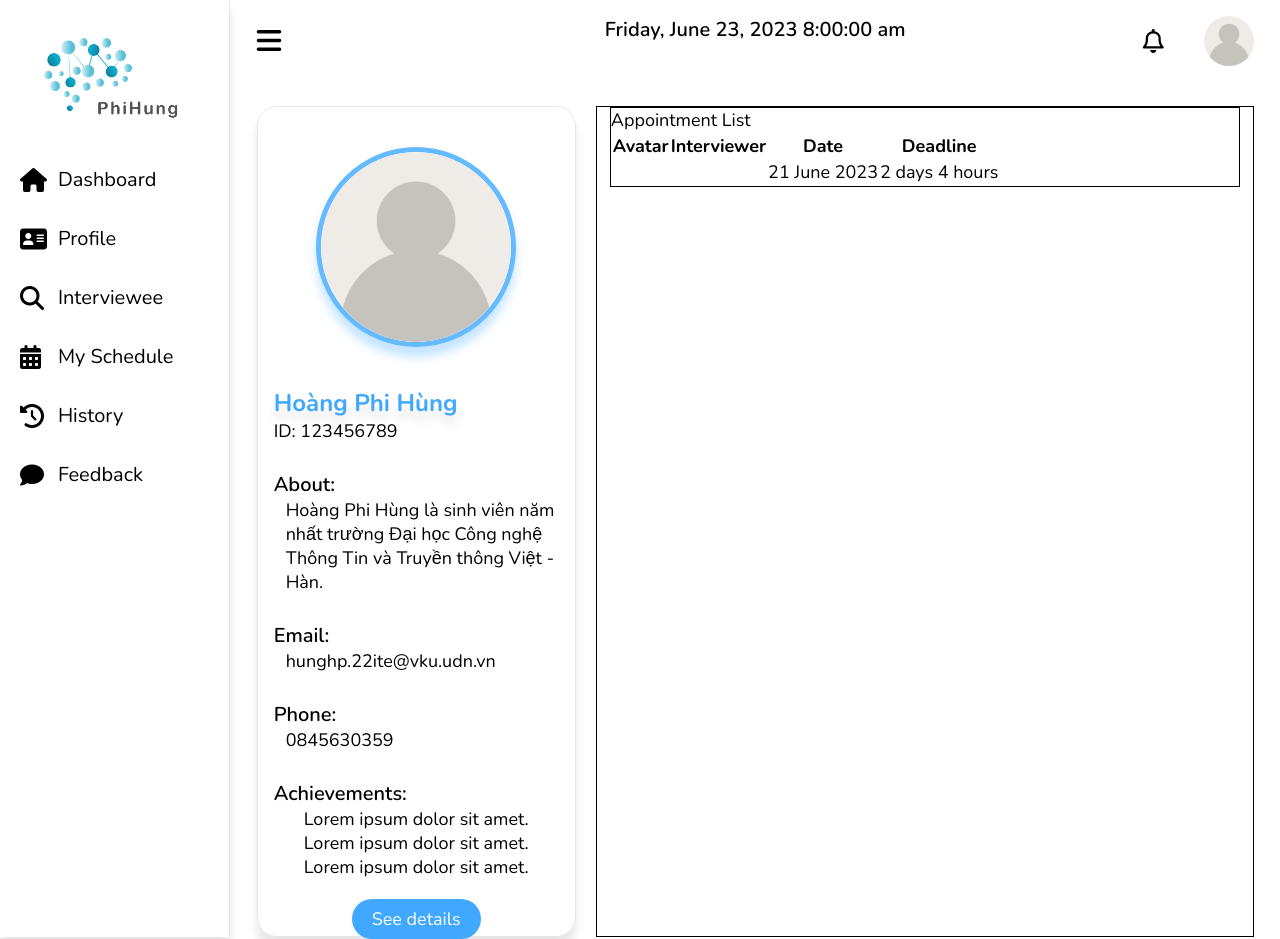
Repository: hphihungit/InterviewService
Page: interviewee.html
The author's editor kept a copy of each file at every save. The page is drawn from the files as they stood at one save, then again after the next save.
The browser window is 1280 px wide. The pictures show the whole page.

Above is the page before, as saved 2023-06-01 00:54:25.

### interviewee.html
<!DOCTYPE html>
<html lang="en">
<head>
    <meta charset="UTF-8">
    <meta http-equiv="X-UA-Compatible" content="IE=edge">
    <meta name="viewport" content="width=device-width, initial-scale=1.0">
    <title>Document</title>
    <link rel="stylesheet" href="assets/css/grid.css">
    <link rel="stylesheet" href="assets/css/base.css">
    <link rel="stylesheet" href="https://cdnjs.cloudflare.com/ajax/libs/font-awesome/6.4.0/css/all.min.css" integrity="sha512-iecdLmaskl7CVkqkXNQ/ZH/XLlvWZOJyj7Yy7tcenmpD1ypASozpmT/E0iPtmFIB46ZmdtAc9eNBvH0H/ZpiBw==" crossorigin="anonymous" referrerpolicy="no-referrer"/>
    <link rel="preconnect" href="https://fonts.googleapis.com">
    <link rel="preconnect" href="https://fonts.gstatic.com" crossorigin>
    <link href="https://fonts.googleapis.com/css2?family=Nunito:wght@200;300;400;500;600;700;800;900;1000&display=swap" rel="stylesheet">
    <link rel="stylesheet" href="assets/css/interviewee.css">
</head>
<body>
    <div id="main">
        <div class="dashboard">
            <div class="dashboard__logo"></div>
            <ul class="dashboard__list">
                <li class="dashboard__item">
                    <a href="" class="icon__link">
                        <i class="fa-solid fa-house"></i>
                    </a>
                    <a href="" class="link">Dashboard</a>
                </li>
                <li class="dashboard__item">
                    <a href="" class="icon__link">
                        <i class="fa-solid fa-address-card"></i>
                    </a>
                    <a href="" class="link">Profile</a>
                </li>
                <li class="dashboard__item">
                    <a href="" class="icon__link">
                        <i class="fa-solid fa-magnifying-glass"></i>
                    </a>
                    <a href="" class="link">Interviewee</a>
                </li>
                <li class="dashboard__item">
                    <a href="" class="icon__link">
                        <i class="fa-solid fa-calendar-days"></i>
                    </a>
                    <a href="" class="link">My Schedule</a>
                </li>
                <li class="dashboard__item">
                    <a href="" class="icon__link">
                        <i class="fa-solid fa-clock-rotate-left"></i>
                    </a>
                    <a href="" class="link">History</a>
                </li>
                <li class="dashboard__item">
                    <a href="" class="icon__link">
                        <i class="fa-solid fa-comment"></i>
                    </a>
                    <a href="" class="link">Feedback</a>
                </li>
            </ul>
        </div>

        <div class="container">
            <div class="header">
                <div class="header__icon">
                    <label class="fa-solid fa-bars header__label"></label>
                </div>

                <div class="header__time">
                    Friday, June 23, 2023 8:00:00 am
                </div>

                <div class="header__news">
                    <label class="fa-regular fa-bell header__label--bell"></label>
                    <div class="header__avatar">
                        <img src="assets/img/user.png" alt="">
                    </div>
                </div>
            </div>

            <div class="about">
                <div class="cv">
                    <div class="cv__avatar">
                        <img src="assets/img/user.png" alt="">
                    </div>

                    <div class="cv__name">
                        <p class="cv__name--interviewee">Hoàng Phi Hùng</p>
                        <p class="cv__id">ID: 123456789</p>
                    </div>

                    <div class="cv__about">
                        <p class="cv__about--title">About: </p>
                        <p class="cv__about--content">
                            Hoàng Phi Hùng là sinh viên năm nhất trường Đại học Công nghệ Thông Tin và Truyền thông Việt - Hàn.
                        </p>
                    </div>

                    <div class="cv__email">
                        <p class="cv__email--title">Email: </p>
                        <p class="cv__email--content">hunghp.22ite@vku.udn.vn</p>
                    </div>

                    <div class="cv__phone">
                        <p class="cv__phone--title">Phone: </p>
                        <p class="cv__phone--content">0845630359</p>
                    </div>

                    <div class="cv__info">
                        <p class="cv__info--title">Achievements: </p>
                        <ul class="cv__info--list">
                            <li class="cv__info--item">Lorem ipsum dolor sit amet.</li>
                            <li class="cv__info--item">Lorem ipsum dolor sit amet.</li>
                            <li class="cv__info--item">Lorem ipsum dolor sit amet.</li>
                        </ul>
                    </div>

                    <div class="cv__all">
                        <a href="" class="btn--cv--all">See details</a>
                    </div>
                </div>

                <div class="info">
                    <div class="appointment">
                        <div class="appointment__title">
                            Appointment List
                        </div>

                        <table>
                            <thead>
                                <th>Avatar</th>
                                <th>Interviewer</th>
                                <th>Date</th>
                                <th>Deadline</th>
                            </thead>

                            <tbody>
                                <tr>
                                    <td>
                                        <img src="" alt="">
                                    </td>
                                    <td>
                                        <p class="name"></p>
                                        <p class="email"></p>
                                    </td>
                                    <td>
                                        21 June 2023
                                    </td>
                                    <td>
                                        2 days 4 hours
                                    </td>
                                </tr>
                            </tbody>
                        </table>
                    </div>
                </div>
            </div>
        </div>
    </div>
</body>
</html>

### assets/css/grid.css
.grid {
    width: 90%;
    display: block;
    padding: 0;
    margin: 0 auto;
}

.row {
    display: flex;
    flex-wrap: wrap;
    margin-left: -4px;
    margin-right: -4px;
}

.row.no-gutters {
    margin-left: 0;
    margin-right: 0;
}

.col {
    padding-left: 4px;
    padding-right: 4px;
}

.row.no-gutters .col {
    padding-left: 0;
    padding-right: 0;
}

.c-0 {
    display: none;
}

.c-1 {
    flex: 0 0 8.33333%;
    max-width: 8.33333%;
}

.c-2 {
    flex: 0 0 16.66667%;
    max-width: 16.66667%;
}

.c-3 {
    flex: 0 0 25%;
    max-width: 25%;
}

.c-4 {
    flex: 0 0 33.33333%;
    max-width: 33.33333%;
}

.c-5 {
    flex: 0 0 41.66667%;
    max-width: 41.66667%;
}

.c-6 {
    flex: 0 0 50%;
    max-width: 50%;
}

.c-7 {
    flex: 0 0 58.33333%;
    max-width: 58.33333%;
}

.c-8 {
    flex: 0 0 66.66667%;
    max-width: 66.66667%;
}

.c-9 {
    flex: 0 0 75%;
    max-width: 75%;
}

.c-10 {
    flex: 0 0 83.33333%;
    max-width: 83.33333%;
}

.c-11 {
    flex: 0 0 91.66667%;
    max-width: 91.66667%;
}

.c-12 {
    flex: 0 0 100%;
    max-width: 100%;
}

.c-o-1 {
    margin-left: 8.33333%;
}

.c-o-2 {
    margin-left: 16.66667%;
}

.c-o-3 {
    margin-left: 25%;
}

.c-o-4 {
    margin-left: 33.33333%;
}

.c-o-5 {
    margin-left: 41.66667%;
}

.c-o-6 {
    margin-left: 50%;
}

.c-o-7 {
    margin-left: 58.33333%;
}

.c-o-8 {
    margin-left: 66.66667%;
}

.c-o-9 {
    margin-left: 75%;
}

.c-o-10 {
    margin-left: 83.33333%;
}

.c-o-11 {
    margin-left: 91.66667%;
}

/* >= Tablet */
@media (min-width: 740px) {
    .row {
        margin-left: -8px;
        margin-right: -8px;
    }

    .col {
        padding-left: 8px;
        padding-right: 8px;
    }

    .m-0 {
        display: none;
    }

    .m-1,
    .m-2,
    .m-3,
    .m-4,
    .m-5,
    .m-6,
    .m-7,
    .m-8,
    .m-9,
    .m-10,
    .m-11,
    .m-12 {
        display: block;
    }

    .m-1 {
        flex: 0 0 8.33333%;
        max-width: 8.33333%;
    }

    .m-2 {
        flex: 0 0 16.66667%;
        max-width: 16.66667%;
    }

    .m-3 {
        flex: 0 0 25%;
        max-width: 25%;
    }

    .m-4 {
        flex: 0 0 33.33333%;
        max-width: 33.33333%;
    }

    .m-5 {
        flex: 0 0 41.66667%;
        max-width: 41.66667%;
    }

    .m-6 {
        flex: 0 0 50%;
        max-width: 50%;
    }

    .m-7 {
        flex: 0 0 58.33333%;
        max-width: 58.33333%;
    }

    .m-8 {
        flex: 0 0 66.66667%;
        max-width: 66.66667%;
    }

    .m-9 {
        flex: 0 0 75%;
        max-width: 75%;
    }

    .m-10 {
        flex: 0 0 83.33333%;
        max-width: 83.33333%;
    }

    .m-11 {
        flex: 0 0 91.66667%;
        max-width: 91.66667%;
    }

    .m-12 {
        flex: 0 0 100%;
        max-width: 100%;
    }

    .m-o-1 {
        margin-left: 8.33333%;
    }

    .m-o-2 {
        margin-left: 16.66667%;
    }

    .m-o-3 {
        margin-left: 25%;
    }

    .m-o-4 {
        margin-left: 33.33333%;
    }

    .m-o-5 {
        margin-left: 41.66667%;
    }

    .m-o-6 {
        margin-left: 50%;
    }

    .m-o-7 {
        margin-left: 58.33333%;
    }

    .m-o-8 {
        margin-left: 66.66667%;
    }

    .m-o-9 {
        margin-left: 75%;
    }

    .m-o-10 {
        margin-left: 83.33333%;
    }

    .m-o-11 {
        margin-left: 91.66667%;
    }
}

/* PC medium resolution > */
@media (min-width: 1113px) {
    .row {
        margin-left: -12px;
        margin-right: -12px;
    }

    .row.sm-gutter {
        margin-left: -5px;
        margin-right: -5px;
    }

    .col {
        padding-left: 12px;
        padding-right: 12px;
    }

    .row.sm-gutter .col {
        padding-left: 5px;
        padding-right: 5px;
    }

    .l-0 {
        display: none;
    }

    .l-1,
    .l-2,
    .l-2-4,
    .l-3,
    .l-4,
    .l-5,
    .l-6,
    .l-7,
    .l-8,
    .l-9,
    .l-10,
    .l-11,
    .l-12 {
        display: block;
    }

    .l-1 {
        flex: 0 0 8.33333%;
        max-width: 8.33333%;
    }

    .l-2 {
        flex: 0 0 16.66667%;
        max-width: 16.66667%;
    }

    .l-2-4 {
        flex: 0 0 20%;
        max-width: 20%;
    }

    .l-3 {
        flex: 0 0 25%;
        max-width: 25%;
    }

    .l-4 {
        flex: 0 0 33.33333%;
        max-width: 33.33333%;
    }

    .l-5 {
        flex: 0 0 41.66667%;
        max-width: 41.66667%;
    }

    .l-6 {
        flex: 0 0 50%;
        max-width: 50%;
    }

    .l-7 {
        flex: 0 0 58.33333%;
        max-width: 58.33333%;
    }

    .l-8 {
        flex: 0 0 66.66667%;
        max-width: 66.66667%;
    }

    .l-9 {
        flex: 0 0 75%;
        max-width: 75%;
    }

    .l-10 {
        flex: 0 0 83.33333%;
        max-width: 83.33333%;
    }

    .l-11 {
        flex: 0 0 91.66667%;
        max-width: 91.66667%;
    }

    .l-12 {
        flex: 0 0 100%;
        max-width: 100%;
    }

    .l-o-1 {
        margin-left: 8.33333%;
    }

    .l-o-2 {
        margin-left: 16.66667%;
    }

    .l-o-3 {
        margin-left: 25%;
    }

    .l-o-4 {
        margin-left: 33.33333%;
    }

    .l-o-5 {
        margin-left: 41.66667%;
    }

    .l-o-6 {
        margin-left: 50%;
    }

    .l-o-7 {
        margin-left: 58.33333%;
    }

    .l-o-8 {
        margin-left: 66.66667%;
    }

    .l-o-9 {
        margin-left: 75%;
    }

    .l-o-10 {
        margin-left: 83.33333%;
    }

    .l-o-11 {
        margin-left: 91.66667%;
    }
}

/* Tablet - PC low resolution */
@media (min-width: 740px) and (max-width: 1023px) {
    .wide {
        width: 644px;
    }
}

/* > PC low resolution */
@media (min-width: 1024px) and (max-width: 1239px) {
    .wide {
        width: 984px;
    }

    .wide .row {
        margin-left: -12px;
        margin-right: -12px;
    }

    .wide .row.sm-gutter {
        margin-left: -5px;
        margin-right: -5px;
    }

    .wide .col {
        padding-left: 12px;
        padding-right: 12px;
    }

    .wide .row.sm-gutter .col {
        padding-left: 5px;
        padding-right: 5px;
    }

    .wide .l-0 {
        display: none;
    }

    .wide .l-1,
    .wide .l-2,
    .wide .l-2-4,
    .wide .l-3,
    .wide .l-4,
    .wide .l-5,
    .wide .l-6,
    .wide .l-7,
    .wide .l-8,
    .wide .l-9,
    .wide .l-10,
    .wide .l-11,
    .wide .l-12 {
        display: block;
    }

    .wide .l-1 {
        flex: 0 0 8.33333%;
        max-width: 8.33333%;
    }

    .wide .l-2 {
        flex: 0 0 16.66667%;
        max-width: 16.66667%;
    }

    .wide .l-2-4 {
        flex: 0 0 20%;
        max-width: 20%;
    }

    .wide .l-3 {
        flex: 0 0 25%;
        max-width: 25%;
    }

    .wide .l-4 {
        flex: 0 0 33.33333%;
        max-width: 33.33333%;
    }

    .wide .l-5 {
        flex: 0 0 41.66667%;
        max-width: 41.66667%;
    }

    .wide .l-6 {
        flex: 0 0 50%;
        max-width: 50%;
    }

    .wide .l-7 {
        flex: 0 0 58.33333%;
        max-width: 58.33333%;
    }

    .wide .l-8 {
        flex: 0 0 66.66667%;
        max-width: 66.66667%;
    }

    .wide .l-9 {
        flex: 0 0 75%;
        max-width: 75%;
    }

    .wide .l-10 {
        flex: 0 0 83.33333%;
        max-width: 83.33333%;
    }

    .wide .l-11 {
        flex: 0 0 91.66667%;
        max-width: 91.66667%;
    }

    .wide .l-12 {
        flex: 0 0 100%;
        max-width: 100%;
    }

    .wide .l-o-1 {
        margin-left: 8.33333%;
    }

    .wide .l-o-2 {
        margin-left: 16.66667%;
    }

    .wide .l-o-3 {
        margin-left: 25%;
    }

    .wide .l-o-4 {
        margin-left: 33.33333%;
    }

    .wide .l-o-5 {
        margin-left: 41.66667%;
    }

    .wide .l-o-6 {
        margin-left: 50%;
    }

    .wide .l-o-7 {
        margin-left: 58.33333%;
    }

    .wide .l-o-8 {
        margin-left: 66.66667%;
    }

    .wide .l-o-9 {
        margin-left: 75%;
    }

    .wide .l-o-10 {
        margin-left: 83.33333%;
    }

    .wide .l-o-11 {
        margin-left: 91.66667%;
    }
}

### assets/css/base.css
:root {
    --white-color: #fff;
    --black-color: #000;
    --blue-color : #40a9ff;
    --text-color: #8f8f8f;
    --scale: 1px;
}

* {
    padding: 0;
    margin: 0;
    box-sizing: border-box;
    text-decoration: none;
    list-style-type: none;
}

html, body {
    font-size: 18px;
    font-family: 'Nunito', sans-serif;
    scroll-behavior: smooth;
}

### assets/css/interviewee.css
#main {
    width: 100%;
    display: flex;
}

.dashboard {
    width: 18%;
    min-height: 0;
    border-right: 1px solid rgba(0, 0, 0, 0.1);
    box-shadow: 0 10px 10px rgba(0, 0, 0, 0.1);
}

.dashboard__logo {
    width: 100%;
    height: 150px;
    background-image: url('../img/logo.png');
    background-repeat: no-repeat;
    background-size: 50%;
    background-size: 62%;
    background-position: 50% 85%;
}

.dashboard__list {
    width: 100%;
}

.dashboard__item {
    border-radius: 25px 0 0 25px;
    display: flex;
    width: 100%;
    padding: 0px 20px;
}

.dashboard__item:hover {
    background-color: var(--blue-color);
}

.dashboard__item:hover .link,
.dashboard__item:hover .icon__link {
    color: #fff;
}

.icon__link {
    display: flex;
    align-items: center;
    width: 20%;
    font-size: 24px;
    color: #000;
}

.link {
    display: inline-block;
    width: 80%;
    font-size: 20px;
    padding: 16px 0px;
    color: #000;
}

.container {
    width: 82%;
}

.header {
    width: 95%;
    margin: 0 auto;
    display: flex;
    justify-content: space-between;
    margin-top: 16px;
}

.header__icon {
    width: 32%;
    display: flex;
    justify-content: space-between;
    align-items: center;
}

.header__label {
    font-size: 28px;
}

.header__time {
    width: 32%;
    text-align: center;
    font-size: 20px;
    font-weight: 600;
}

.header__news {
    width: 32%;
    display: flex;
    justify-content: flex-end;
    align-items: center;
}

.header__label--bell {
    font-size: 24px;
    position: relative;
    padding-right: 40px;
}

.header__avatar {
    display: flex;
    justify-content: flex-end;
    align-items: center;
}

.header__avatar img {
    width: 50px;
    height: 50px;
}

.about {
    display: flex;
    justify-content: space-between;
    width: 95%;
    margin: 0 auto;
    margin-top: 40px;
}

.cv {
    width: 32%;
    max-height: 831px;
    border: 1px solid rgba(0, 0, 0, 0.1);
    border-radius: 20px;
    box-shadow: 0 10px 10px rgba(0, 0, 0, 0.1);
    padding: 0px 16px;
}

.cv__avatar {
    width: 100%;
    display: flex;
    justify-content: center;
    align-items: center;
    padding: 20px 0px;
    padding-top: 40px;
}

.cv__avatar img {
    width: 200px;
    height: 200px;
    border: 5px solid rgba(64, 169, 255, 0.8);
    border-radius: 50%;
    box-shadow: 0 10px 10px rgba(64, 169, 255, 0.3);;
}

.cv__name,
.cv__about,
.cv__email,
.cv__phone,
.cv__info {
    width: 100%;
    margin-top: 20px;
    margin-bottom: 28px;
}

.cv__name--interviewee {
    font-size: 24px;
    font-weight: 700;
    text-shadow: 0 10px 10px rgba(0, 0, 0, 0.1);
    color: var(--blue-color);
}

.cv__about--title,
.cv__email--title,
.cv__phone--title,
.cv__info--title {
    font-size: 20px;
    font-weight: 600;
}

.cv__about--content,
.cv__email--content,
.cv__phone--content {
    padding-left: 12px;
}

.cv__info--item {
    text-align: center;
}

.cv__all {
    width: 90%;
    margin: 0 auto;
    margin-bottom: 20px;
    text-align: center;
}

.btn--cv--all {
    padding: 8px 20px;
    border-radius: 20px;
    background-color: var(--blue-color);
    color: #fff;
}

.btn--cv--all:hover {
    opacity: 0.8;
}

.info {
    width: 66%;
    border: 1px solid #000;
}

.appointment {
    width: 96%;
    margin: 0 auto;
    border: 1px solid #000;
}

After the next save:
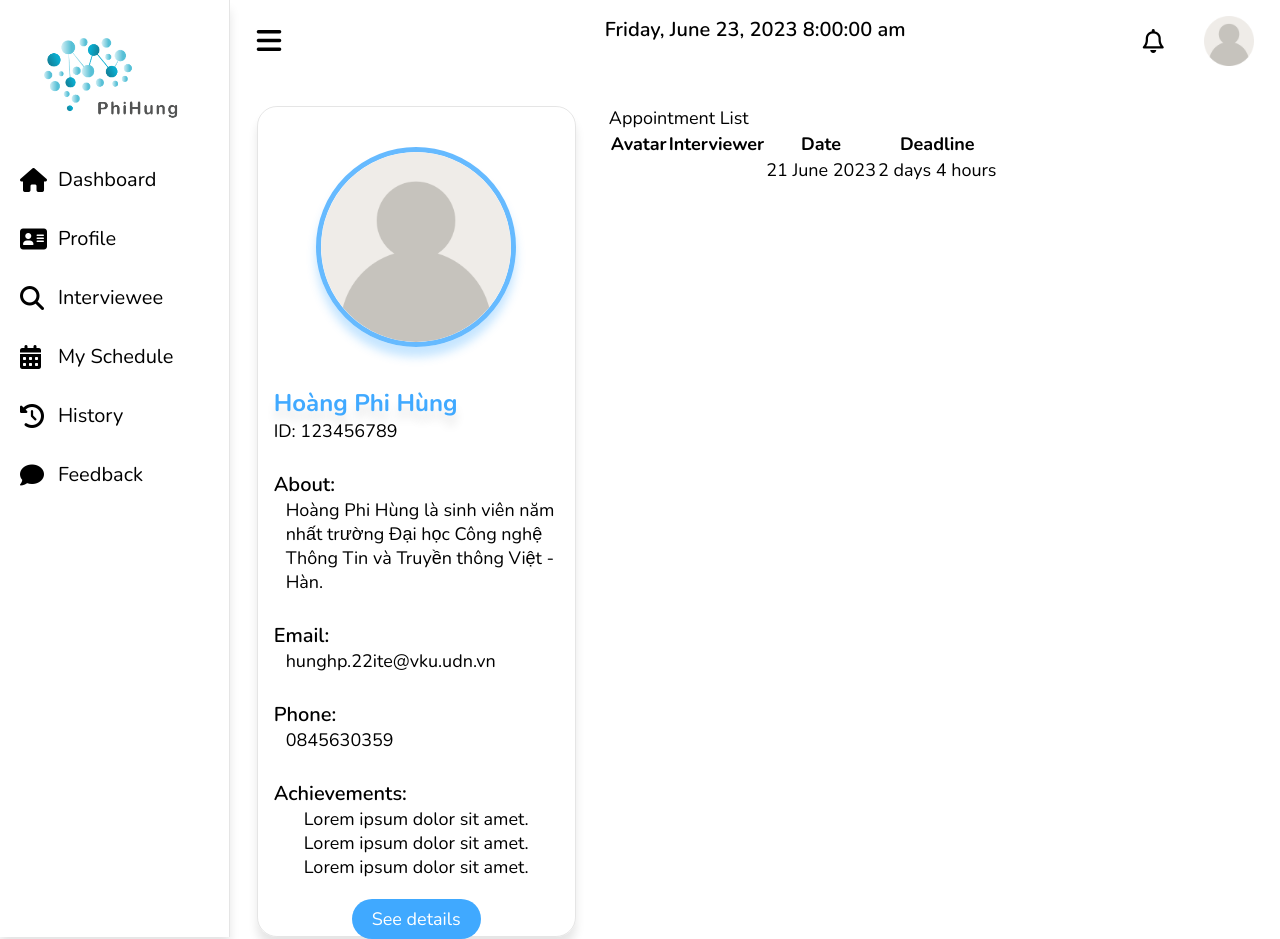
Saved 18 s later.
--- a/assets/css/interviewee.css
+++ b/assets/css/interviewee.css
@@ -199,11 +199,9 @@
 
 .info {
     width: 66%;
-    border: 1px solid #000;
 }
 
 .appointment {
     width: 96%;
     margin: 0 auto;
-    border: 1px solid #000;
-}
+}
